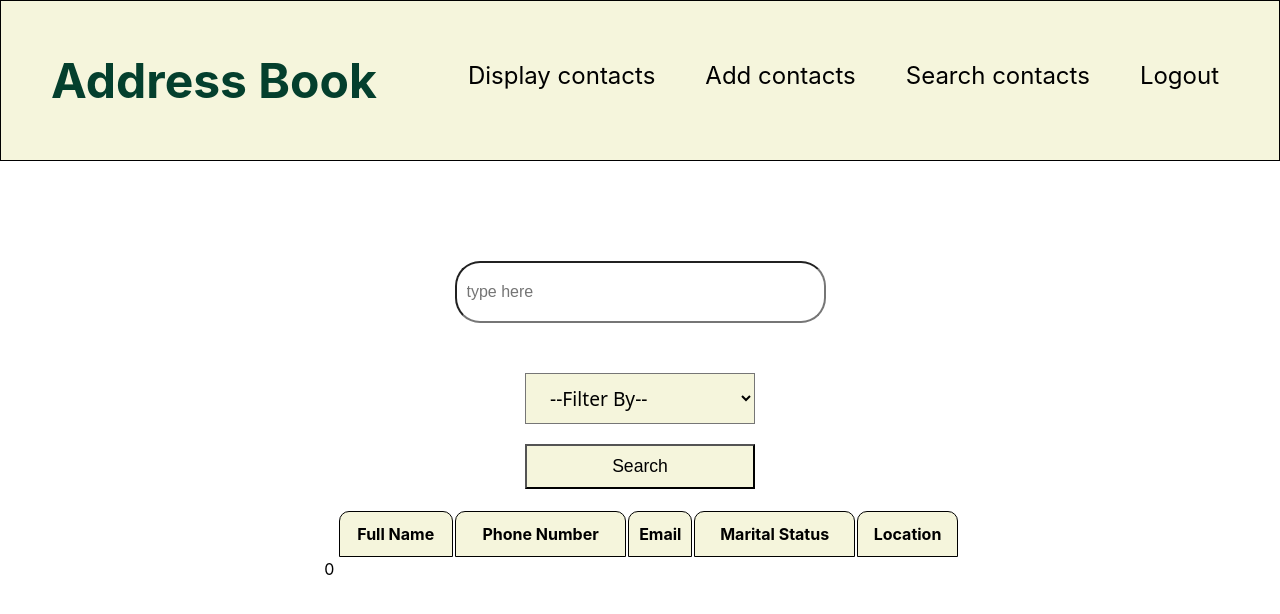
Repository: jatannoury/Address-Book
Page: /search_contact
The author's editor kept a copy of each file at every save. The page is drawn from the files as they stood at one save, then again after a run of saves.
The browser window is 1280 px wide. The pictures show the whole page.
The project was rebuilt for these pictures with package versions that can differ from the ones it lists, and the page was loaded fresh each time. Also part of the build but not shown: src/components/Email.js, src/components/Password.js, src/components/Login.js, src/components/Username.js, src/components/SignUp.js, src/components/Table.js, src/components/Contacts.js, src/components/AddSection.js.

Above is the page before, as saved 2022-06-26 12:54:07.

After the next 3 saves:
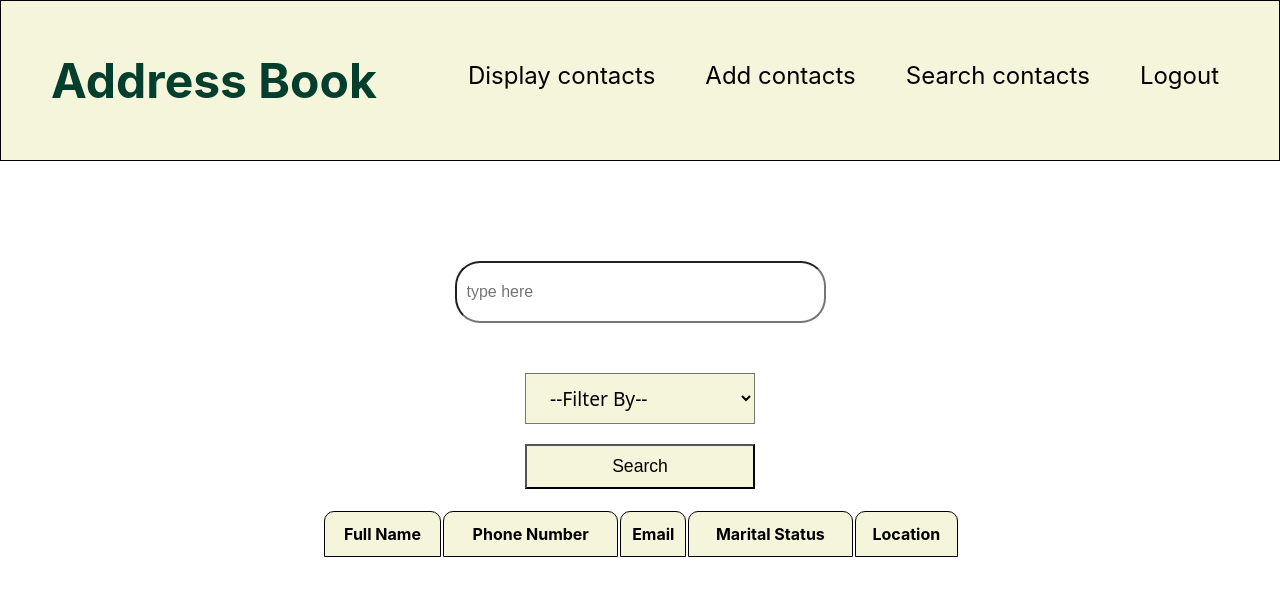
The 3 saves are shown as one change because they came seconds apart.
The last was saved 3 min 12 s later.
--- a/src/components/Search.js
+++ b/src/components/Search.js
@@ -81,7 +81,7 @@
           </tr>
         </thead>
         <tbody>
-          {collect.length &&
+          {collect.length > 0 &&
             collect.map((e) => {
               console.log(e);
               return (

After the 2 saves that followed:
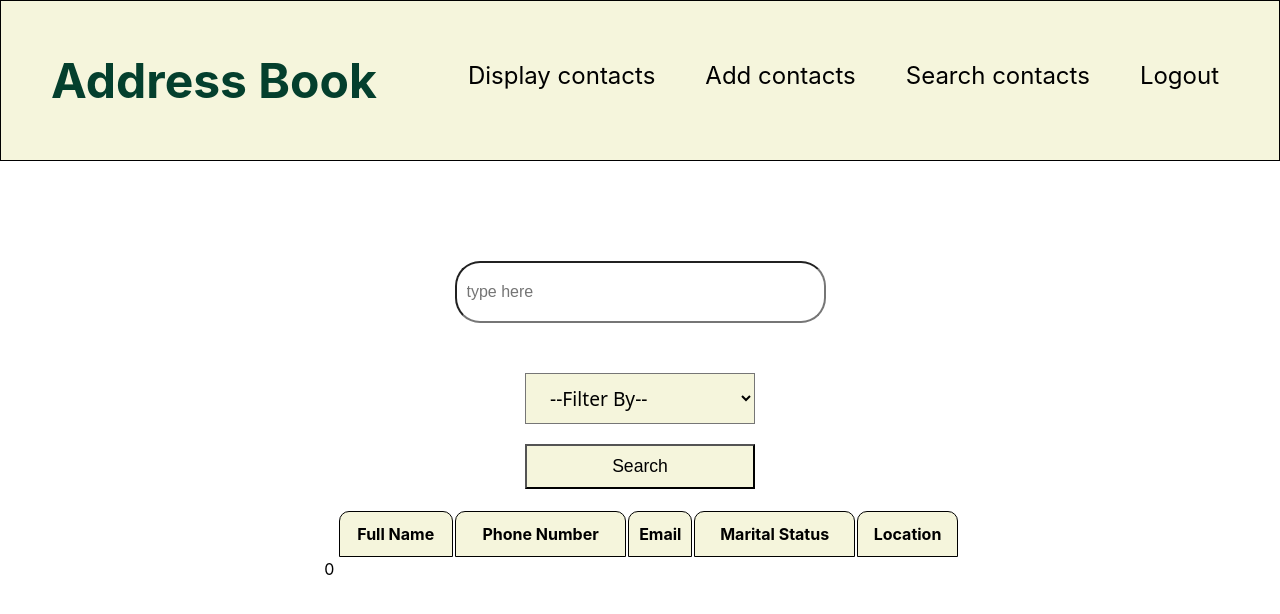
The 2 saves are shown as one change because 1 left the picture as it was.
The last was saved 2 min 36 s later.
--- a/src/components/Search.js
+++ b/src/components/Search.js
@@ -69,6 +69,7 @@
         Search
       </button>
       <br />
+
       <table className="table">
         <thead>
           <tr>
@@ -81,7 +82,7 @@
           </tr>
         </thead>
         <tbody>
-          {collect.length > 0 &&
+          {collect.length  &&
             collect.map((e) => {
               console.log(e);
               return (
